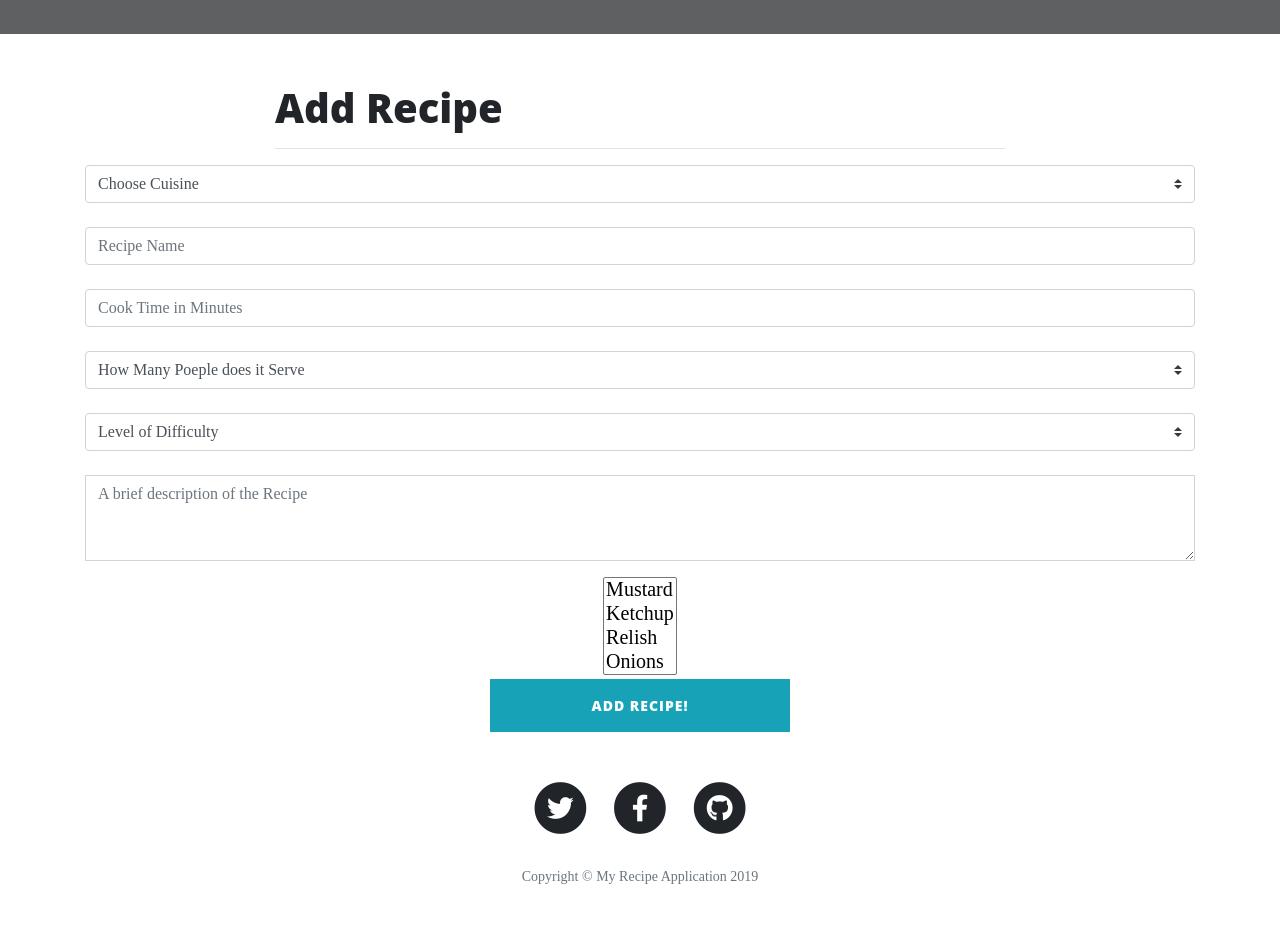
Repository: CapitainHolmes/cookbook-project
Page: http://localhost/add_recipe
The author's editor kept a record of every edit. The page is drawn from the files as they stood at one moment, then again after the next edit.
The browser window is 1280 px wide. The pictures show the part of the page from y = 594 to 1546 px (the page is 1546 px tall).
Pictures or frames that could not be fetched are drawn as grey boxes. Some web libraries are served in a nearby version. The page is served by the project's application, run on Flask 3 (app.py). Queries for data that is not in the repository find no rows.

Above is the page before.

After the next edit:
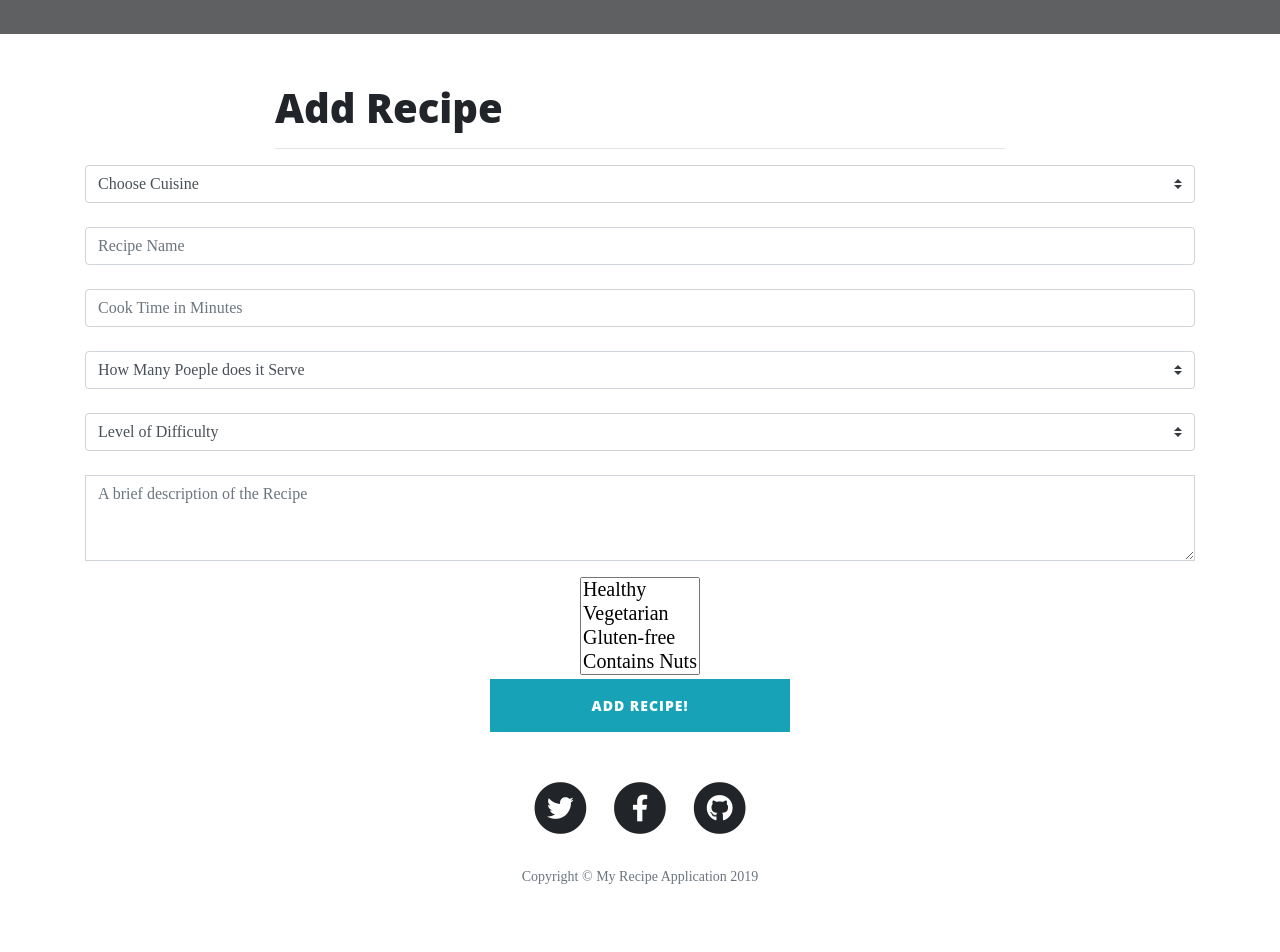
The edit:
--- a/templates/addrecipe.html
+++ b/templates/addrecipe.html
@@ -52,11 +52,12 @@
   </div>
 
   <select class="selectpicker" multiple data-selected-text-format="count > 3">
-  <option>Mustard</option>
-  <option>Ketchup</option>
-  <option>Relish</option>
-  <option>Onions</option>
-</select>
+      <option>Healthy</option>
+      <option>Vegetarian</option>
+      <option>Gluten-free</option>
+      <option>Contains Nuts</option>
+      <option></option>
+  </select>
 
   <!-- Send button -->
   <div id="my_centered_buttons">
